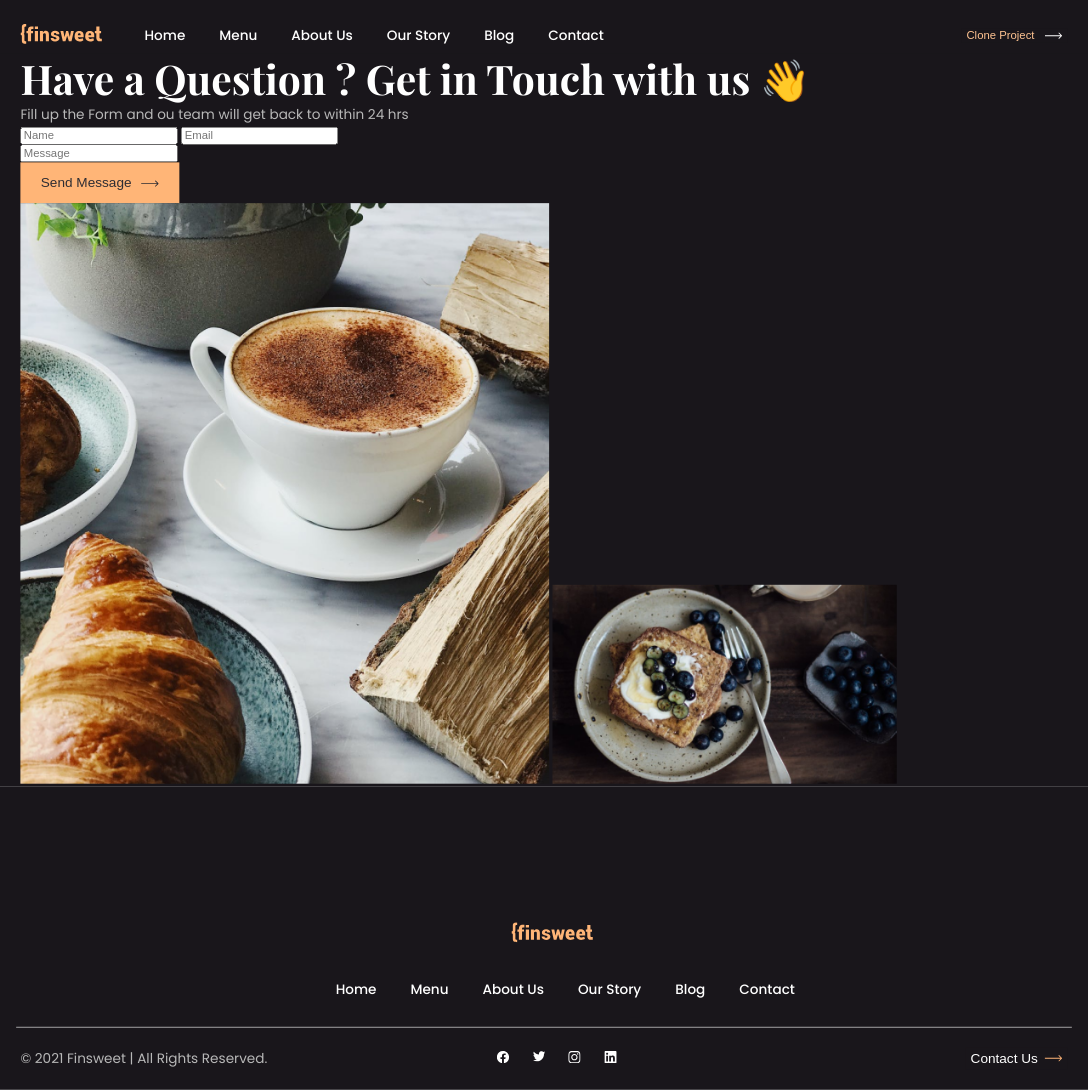
Repository: Minns-Cao/project-finsweet
Page: contact.html
An editor plug-in stored every save of this project. The page is shown before and after a run of saves, followed by the edit.
The browser window is 1280 px wide. The pictures show the whole page, at 85% of full size.
Some web fonts or font styles are not loaded; a fallback is used.

Above is the page before, as saved 2023-05-05 13:50:10.

### contact.html
<!DOCTYPE html>
<html lang="en">
    <head>
        <meta charset="UTF-8" />
        <meta http-equiv="X-UA-Compatible" content="IE=edge" />
        <meta name="viewport" content="width=device-width, initial-scale=1.0" />
        <title>Finsweet</title>
        <!-- Reset CSS -->
        <link rel="stylesheet" href="./assets/css/reset.css" />
        <!-- Style -->
        <link rel="stylesheet" href="./assets/css/style.css" />
        <link rel="stylesheet" href="./assets/css/style_contact.css" />
        <!-- Fonts -->
        <link rel="preconnect" href="https://fonts.googleapis.com" />
        <link rel="preconnect" href="https://fonts.gstatic.com" crossorigin />
        <link
            href="https://fonts.googleapis.com/css2?family=Playfair+Display:ital,wght@0,400;0,500;0,600;0,700;0,800;0,900;1,400;1,500;1,600;1,700;1,800;1,900&family=Poppins:ital,wght@0,300;0,400;0,500;0,600;1,300;1,400;1,500;1,600&display=swap"
            rel="stylesheet"
        />
    </head>
    <body>
        <!-- ========================================Contact Page================================================ -->
        <!-- Header -->
        <header class="fixed header">
            <div class="main-content">
                <div class="body">
                    <!-- Logo -->
                    <a href="./index.html"
                        ><img
                            src="./assets/img/Logo.svg"
                            alt="logo"
                            class="logo"
                    /></a>
                    <!-- Navigation -->
                    <div class="nav">
                        <ul>
                            <li>
                                <a href="./index.html">Home</a>
                            </li>
                            <li>
                                <a href="./menu.html">Menu</a>
                            </li>
                            <li>
                                <a href="./aboutUs.html">About Us</a>
                            </li>
                            <li>
                                <a href="./ourStory.html">Our Story</a>
                            </li>
                            <li>
                                <a href="./blog.html">Blog</a>
                            </li>
                            <li>
                                <a href="./contact.html">Contact</a>
                            </li>
                        </ul>
                    </div>
                    <!-- Action -->
                    <button class="action">
                        <span class="label">Clone Project</span>
                        <img
                            src="./assets/img/arrow-to-right.svg"
                            alt="arrow-to-right"
                            class="arrow-to-right"
                        />
                    </button>

                    <!-- Navigation Mobile -->
                    <label for="nav-mb-checkbox" class="nav-mb-btn">
                        <svg
                            xmlns="http://www.w3.org/2000/svg"
                            viewBox="0 0 448 512"
                            width="32"
                            height="32"
                        >
                            <path
                                d="M0 96C0 78.3 14.3 64 32 64H416c17.7 0 32 14.3 32 32s-14.3 32-32 32H32C14.3 128 0 113.7 0 96zM0 256c0-17.7 14.3-32 32-32H416c17.7 0 32 14.3 32 32s-14.3 32-32 32H32c-17.7 0-32-14.3-32-32zM448 416c0 17.7-14.3 32-32 32H32c-17.7 0-32-14.3-32-32s14.3-32 32-32H416c17.7 0 32 14.3 32 32z "
                                fill="#FFB577"
                            />
                        </svg>
                    </label>

                    <input
                        class="nav-input"
                        type="checkbox"
                        name="nav-mb-checkbox"
                        id="nav-mb-checkbox"
                    />

                    <label for="nav-mb-checkbox" class="nav_overlay"></label>

                    <div class="nav-mb">
                        <div class="exit-bar">
                            <!-- Logo -->
                            <a href="./index.html"
                                ><img
                                    src="./assets/img/Logo.svg"
                                    alt="logo"
                                    class="logo"
                            /></a>
                            <!-- exit button -->
                            <label for="nav-mb-checkbox">
                                <svg
                                    xmlns="http://www.w3.org/2000/svg"
                                    viewBox="0 0 512 512"
                                    width="32"
                                    height="32"
                                    class="exit-btn"
                                >
                                    <path
                                        d="M256 512A256 256 0 1 0 256 0a256 256 0 1 0 0 512zM175 175c9.4-9.4 24.6-9.4 33.9 0l47 47 47-47c9.4-9.4 24.6-9.4 33.9 0s9.4 24.6 0 33.9l-47 47 47 47c9.4 9.4 9.4 24.6 0 33.9s-24.6 9.4-33.9 0l-47-47-47 47c-9.4 9.4-24.6 9.4-33.9 0s-9.4-24.6 0-33.9l47-47-47-47c-9.4-9.4-9.4-24.6 0-33.9z"
                                        fill="#FFB577"
                                    />
                                </svg>
                            </label>
                        </div>
                        <ul>
                            <li>
                                <a href="./index.html">Home</a>
                            </li>
                            <li>
                                <a href="./menu.html">Menu</a>
                            </li>
                            <li>
                                <a href="./aboutUs.html">About Us</a>
                            </li>
                            <li>
                                <a href="./ourStory.html">Our Story</a>
                            </li>
                            <li>
                                <a href="./blog.html">Blog</a>
                            </li>
                            <li>
                                <a href="./contact.html">Contact</a>
                            </li>
                        </ul>
                    </div>
                </div>
            </div>
        </header>
        <!-- Main -->
        <main>
            <!-- contactUs -->
            <div class="contact-us">
                <div class="main-content">
                    <div class="left-column">
                        <h2 class="heading lv2">
                            Have a Question ? Get in Touch with us 👋
                        </h2>
                        <p class="desc">
                            Fill up the Form and ou team will get back to within
                            24 hrs
                        </p>
                        <div class="input">
                            <div class="input-info">
                                <input
                                    type="text"
                                    class="inp-name"
                                    placeholder="Name"
                                />
                                <input
                                    type="text"
                                    class="inp-email"
                                    placeholder="Email"
                                />
                            </div>
                            <input
                                type="text"
                                class="inp-msg"
                                placeholder="Message"
                            />
                        </div>
                        <button class="btn">
                            <span class="label-med">Send Message</span>
                            <img
                                src="./assets/img/arrow-to-right-black.svg"
                                alt="arrow-to-right"
                                class="arrow-to-right"
                            />
                        </button>
                    </div>
                    <div class="right-column">
                        <div class="images">
                            <img src="./assets/img/Header Image.png" alt="" class="img">
                            <img src="./assets/img/Image-Blog-3.png" alt="" class="img">
                        </div>
                    </div>
                </div>
            </div>
        </main>
        <!-- Footer -->
        <footer class="footer">
            <div class="main-content">
                <div class="body">
                    <!-- Logo -->
                    <a href="#"
                        ><img
                            src="./assets/img/Logo.svg"
                            alt="logo"
                            class="logo"
                    /></a>
                    <!-- Navigation -->
                    <div class="nav">
                        <ul>
                            <li>
                                <a href="./index.html">Home</a>
                            </li>
                            <li>
                                <a href="#">Menu</a>
                            </li>
                            <li>
                                <a href="./aboutUs.html">About Us</a>
                            </li>
                            <li>
                                <a href="./ourStory.html">Our Story</a>
                            </li>
                            <li>
                                <a href="./blog.html">Blog</a>
                            </li>
                            <li>
                                <a href="./contact.html">Contact</a>
                            </li>
                        </ul>
                    </div>
                    <!-- Contact-Footer -->
                    <div class="contact-footer">
                        <!-- Copyright -->
                        <div class="container">
                            <p class="copyright">
                                © 2021 Finsweet | All rights reserved.
                            </p>
                        </div>
                        <!-- Socials -->
                        <div class="socials-list">
                            <div class="social">
                                <img
                                    src="./assets/img/icon/icon_facebook.svg"
                                    alt="icon_facebook"
                                />
                            </div>
                            <div class="social">
                                <img
                                    src="./assets/img/icon/icon_twitter.svg"
                                    alt="icon_twitter"
                                />
                            </div>
                            <div class="social">
                                <img
                                    src="./assets/img/icon/icon_instagram.svg"
                                    alt="icon_instagram"
                                />
                            </div>
                            <div class="social">
                                <img
                                    src="./assets/img/icon/icon_linkin.svg"
                                    alt="icon_linkin"
                                />
                            </div>
                        </div>
                        <!-- action -->
                        <button
                            class="action"
                            onclick="window.location.href='./contact.html'"
                        >
                            <span class="label-med">Contact Us</span>
                            <svg
                                width="21"
                                height="8"
                                viewBox="0 0 21 8"
                                fill="none"
                                xmlns="http://www.w3.org/2000/svg"
                            >
                                <path
                                    d="M20.3536 4.35355C20.5488 4.15829 20.5488 3.84171 20.3536 3.64645L17.1716 0.464466C16.9763 0.269204 16.6597 0.269204 16.4645 0.464466C16.2692 0.659728 16.2692 0.976311 16.4645 1.17157L19.2929 4L16.4645 6.82843C16.2692 7.02369 16.2692 7.34027 16.4645 7.53553C16.6597 7.7308 16.9763 7.7308 17.1716 7.53553L20.3536 4.35355ZM0 4.5L20 4.5V3.5L0 3.5L0 4.5Z"
                                    fill="#FFB577"
                                />
                            </svg>
                        </button>
                    </div>
                </div>
            </div>
        </footer>
    </body>
</html>

### assets/css/style.css
* {
    box-sizing: border-box;
}

:root {
    --primary-color: #ffb577;
    --background-color: #19161b;
    --font-heading: Playfair Display, "serif";
}

html,
body {
    scroll-behavior: smooth;
}

html {
    font-size: 62.5%;
}

body {
    font-size: 1.6rem;
    font-family: "Poppins", sans-serif;
}

/* ================common=================*/
.main-content {
    width: 1280px;
    max-width: calc(100% - 48px);
    margin-left: auto;
    margin-right: auto;
}

a {
    text-decoration: none;
}

.btn {
    border: none;
    background: #ffb577;
    padding: 12px 24px;
}

.label-med {
    margin-right: 8px;
    font-weight: 500;
    font-size: 1.6rem;
    line-height: 1.5;
    color: #2e2d33;
}

.label-extransmall {
    font-weight: 500;
    font-size: 1.2rem;
    line-height: 1.33;
    color: #ffffff;
}

.heading {
    font-family: var(--font-heading);
    font-style: normal;
    color: #ffffff;
}

.lv1 {
    font-weight: 700;
    font-size: 5.6rem;
    line-height: 1.21;
}

.lv2 {
    font-weight: 700;
    font-size: 4.8rem;
    line-height: 1.21;
}

.lv3 {
    font-weight: 700;
    font-size: 3.3rem;
    line-height: 1.5;
}

.lv4 {
    font-weight: 700;
    font-size: 2rem;
    line-height: 1.5;
}

.lv5 {
    font-weight: 700;
    font-size: 1.4rem;
    line-height: 1.5;
}

.desc {
    font-weight: 400;
    font-size: 1.6rem;
    line-height: 1.75;
    color: #b8b8b8;
}

.caption {
    position: relative;
    display: inline-block;
    font-family: var(--font-heading);
    font-weight: 400;
    font-size: 1.6rem;
    line-height: 1.5;
    color: #ffb577;
}

.caption::after {
    position: absolute;
    content: "";
    display: block;
    width: 48px;
    border: 0.5px solid #ffffff;
    top: 50%;
    right: calc(-48px - 16px);
}

/* ================Header=================*/
.fixed {
    position: sticky;
    top: -20px;
    z-index: 1;
}

.header {
    background-color: var(--background-color);
}

.header .body {
    display: flex;
    align-items: center;
    padding: 28px 0px 8px;
}

.nav ul {
    display: flex;
    gap: 40px;
    margin-left: 50px;
}

.nav li a {
    font-weight: 500;
    font-size: 1.6rem;
    line-height: 1.5;
    color: #ffffff;
}

.header .action {
    display: flex;
    justify-content: center;
    align-items: center;
    margin-left: auto;
    border: none;
    background-color: var(--background-color);
}

.header .action .label {
    margin-right: 12px;
    color: #ffc492;
}

.header .nav-mb-btn {
    display: none;
}

.header .nav-mb {
    position: fixed;
    background-color: var(--background-color);
    top: 0;
    right: 0;
    width: 320px;
    max-width: 100%;
    height: 100vh;
    z-index: 1;
    padding: 26px;
    transform: translateX(100%);
    transition: transform ease-in 0.2s;
}

.nav_overlay {
    display: none;
    position: fixed;
    top: 0;
    right: 0;
    left: 0;
    bottom: 0;
    background-color: rgba(0, 0, 0, 0.5);
    animation: fadeIn linear 0.5s;
}

.nav-input {
    display: none;
}

/* ================Footer=================*/

.footer {
    background-color: var(--background-color);
    padding-top: 160px;
    padding-bottom: 24px;
}

.footer .logo {
    display: block;
    margin-left: auto;
    margin-right: auto;
    transform: translateX(+10%);
}

.footer .nav {
    position: relative;
    display: flex;
    justify-content: center;
    align-items: center;

    margin-top: 43px;
}

.footer .nav::after {
    position: absolute;
    content: "";
    display: block;
    width: 97vw;
    height: 0.5px;
    background-color: #fff;
    bottom: -32px;
    opacity: 0.7;
}

.contact-footer {
    display: flex;
    justify-content: space-between;
    align-items: center;
    margin-top: 56px;
}

.contact-footer .copyright {
    font-weight: 400;
    font-size: 1.6rem;
    line-height: 1.5;
    text-transform: capitalize;
    color: #b8b8b8;
}

.contact-footer .socials-list {
    display: flex;
    gap: 27px;
    transform: translateX(-50%);
}

.contact-footer .action {
    display: flex;
    justify-content: center;
    align-items: center;
    border: none;
    background-color: var(--background-color);
}

.contact-footer .action .label-med {
    color: #ffffff;
}

/* ==================Responsive==================== */

@media (max-width: 768px) {
    /* Responsive Header */
    .header .nav,
    .header .action {
        display: none;
    }

    .header .nav-mb-btn {
        display: block;
        margin-left: auto;
    }

    .nav-input:checked ~ .nav_overlay {
        display: block;
    }

    .nav-input:checked ~ .nav-mb {
        transform: translateX(0);
    }

    .nav-mb .exit-bar {
        position: relative;
        display: flex;
        justify-content: space-between;
        align-items: center;
        margin-bottom: 40px;
    }

    .nav-mb .exit-bar::after {
        position: absolute;
        content: "";
        bottom: -20px;
        width: 100%;
        border: 0.5px solid #fff;
    }

    .nav-mb ul {
        display: flex;
        flex-direction: column;
        justify-content: center;
        align-items: center;
        gap: 40px;
    }

    .nav-mb li a {
        font-weight: 500;
        font-size: 1.6rem;
        line-height: 1.5;
        color: #ffffff;
    }

    /* ==================Responsive-Footer================== */
    .footer .logo {
        display: none;
    }

    .footer .nav ul {
        flex-direction: column;
        justify-content: center;
        align-items: center;
        margin-left: 0;
    }

    .contact-footer {
        flex-direction: column-reverse;
        justify-content: center;
        align-items: center;
        gap: 10px;
    }

    .contact-footer .socials-list {
        justify-content: center;
        align-items: center;
        transform: translateX(0);
    }

    /* ================Responsive-Contact=================*/

    .contact .body {
        flex-direction: column;
    }

    .contact .body .img-map {
        width: 100%;
        object-fit: cover;
    }
}

@media (max-width: 430px) {
    /* ================Moblie-Responsive-Contact=================*/
    .contact .container {
        padding: 20px !important;
    }
}

@keyframes fadeIn {
    from {
        opacity: 0;
    }
    to {
        opacity: 1;
    }
}

### assets/css/style_contact.css
.contact-us {
    background-color: var(--background-color);
}

Loaded but not shown: assets/css/reset.css (common file)

After the next 2 saves:
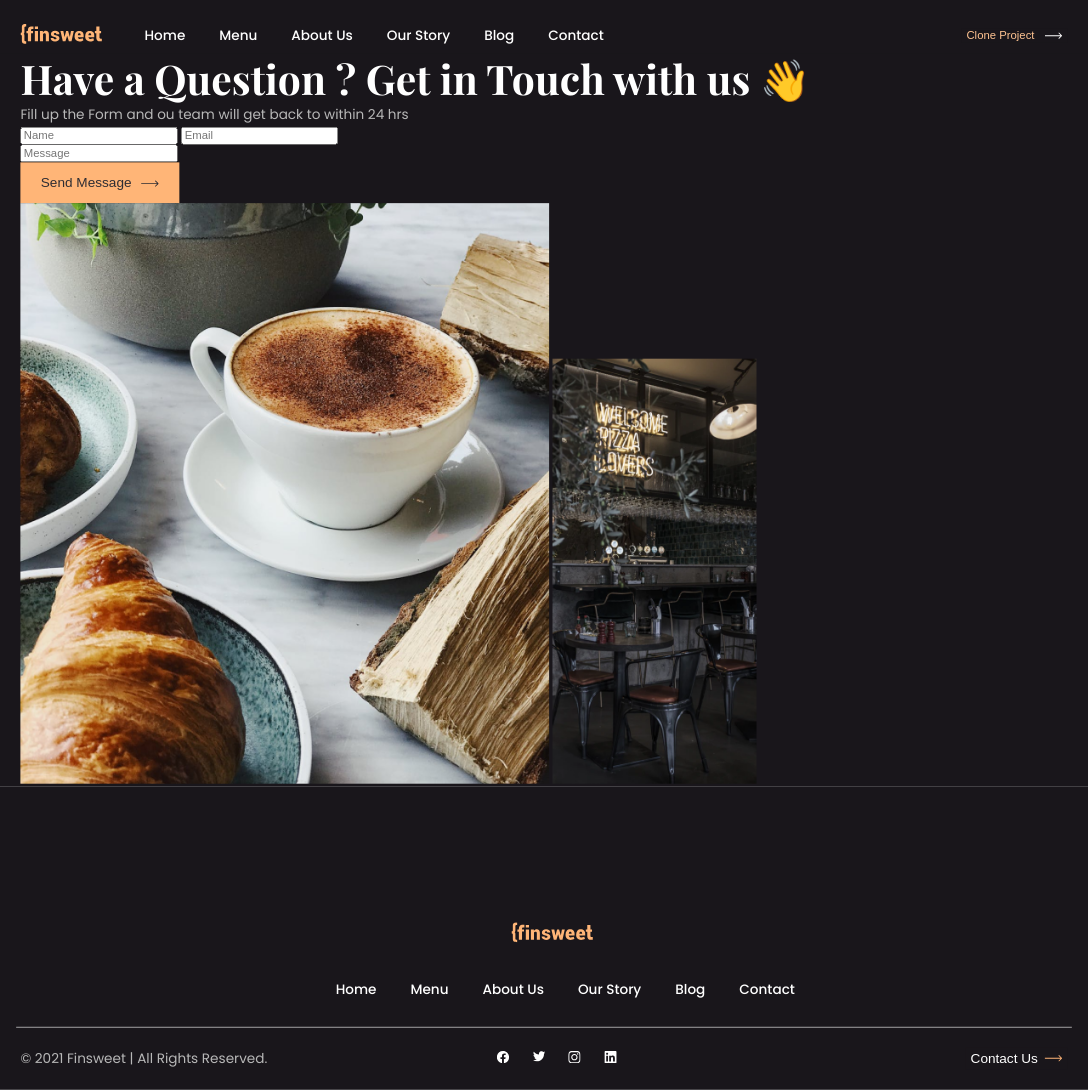
The 2 saves are shown as one change because they came seconds apart.
The last was saved 8 s later.
--- a/contact.html
+++ b/contact.html
@@ -181,7 +181,7 @@
                     <div class="right-column">
                         <div class="images">
                             <img src="./assets/img/Header Image.png" alt="" class="img">
-                            <img src="./assets/img/Image-Blog-3.png" alt="" class="img">
+                            <img src="./assets/img/Know more Image 1.png" alt="" class="img">
                         </div>
                     </div>
                 </div>
